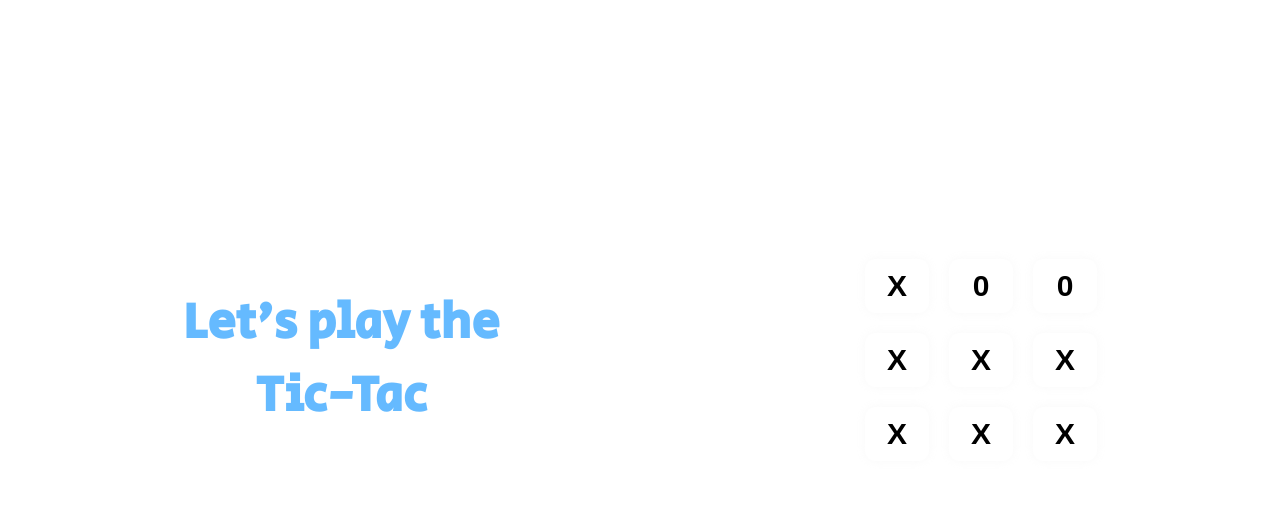
Repository: evergreenx/tic-tac
Page: /
These files come from the project's save history. The page is drawn as it stood at one moment and after the next save; the edit follows.
The browser window is 1280 px wide. The pictures show the whole page.
The project was rebuilt for these pictures with package versions that can differ from the ones it lists, and the page was loaded fresh each time.

Above is the page before, as saved 2022-04-20 19:53:14.

### src/index.css
@import url('https://fonts.googleapis.com/css2?family=Anton&family=Secular+One&display=swap');



*{
    margin: 0;
    padding: 0;
    box-sizing: border-box;
}

body {

font-family: 'Secular One', sans-serif
}

.App {
  display: flex;
  flex-direction: row;
  align-items: center;
  justify-content: space-around;
  height: 100vh;
}
.heading {
  color:#008cff9a;
  font-size:50px;

}

@media (max-width: 768px) {
  .App {
    flex-direction: column;
  }
}

### src/App.js
import logo from "./logo.svg";
import "./App.css";
import Board from "./components/Board/Index";

function App() {
  return (
    <div className="App">
      <h1 className="heading">
        Let's play the <br /> Tic-Tac
      </h1>

      <Board />
    </div>
  );
}

export default App;

### src/components/Board/Index.js
import React from "react";
import "./Board.scss";

function index() {
  return (
    <div className="board">
      <button>X</button>

      <button>0</button>

      <button>0</button>

      <button>X</button>
      <button>X</button>
      <button>X</button>
      <button>X</button>
      <button>X</button>
      <button>X</button>
    </div>
  );
}

export default index;

### src/components/Board/Board.scss
.board {
  display: grid;
  grid-template-columns: repeat(3 , 4rem);
  grid-gap:20px;

  button {
    font-size: 30px;
    font-weight: 800;
    padding: 10px;
    border: none;
    cursor: pointer;
    outline: none;
        box-shadow: 0px 0px 10px #f5f5f58e;
    background: #fff;
border-radius: 10px;


    &:hover {

      box-shadow: 0px 0px 10px #f5f5f5;
    }
  }


}

Loaded but not shown: public/index.html (common file); src/index.js (common file); src/reportWebVitals.js (common file); src/App.css (common file)

After the next save:
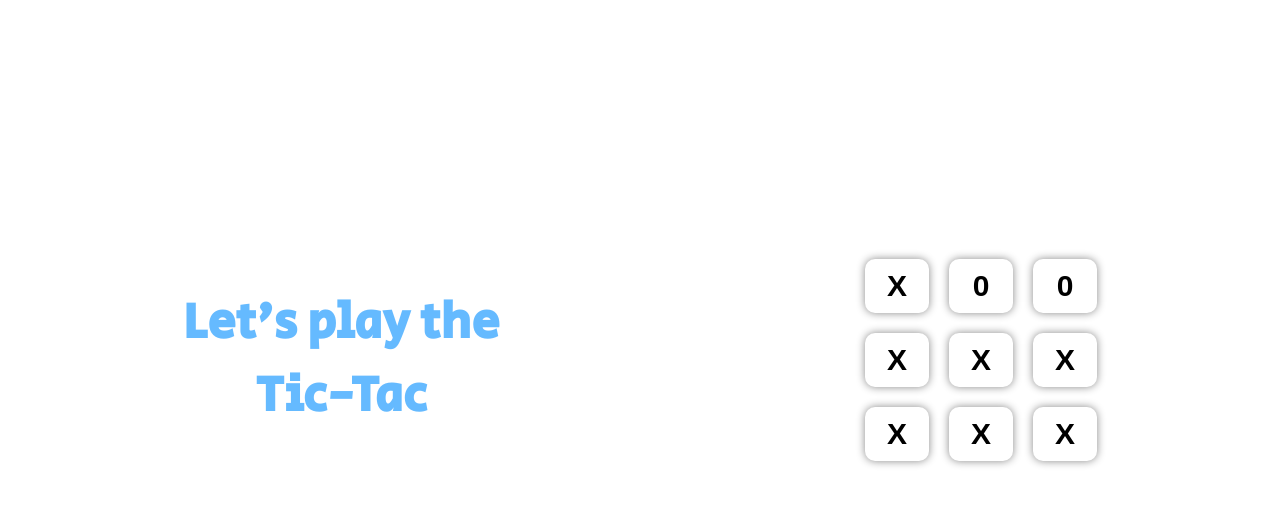
Saved 54 s later.
--- a/src/components/Board/Board.scss
+++ b/src/components/Board/Board.scss
@@ -10,7 +10,7 @@
     border: none;
     cursor: pointer;
     outline: none;
-        box-shadow: 0px 0px 10px #f5f5f58e;
+           box-shadow: 0 0 8px #888;
     background: #fff;
 border-radius: 10px;
 
